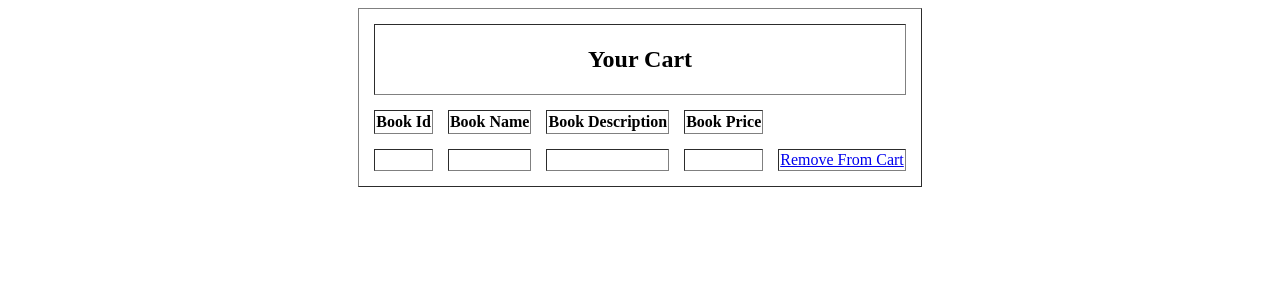
Repository: Rccalfa123/OnlineShopingCart
Page: http://localhost/OnlineBookShopping_Servlet-JSP/Cart.jsp
An editor plug-in stored every save of this project. The page is shown before and after the next save, followed by the edit.
The browser window is 1280 px wide. The pictures show the whole page.
The page is served by Tomcat 9. Other server files are loaded and not shown.

Above is the page before, as saved 2018-08-09 09:18:44.

### OnlineBookShopping_Servlet-JSP/WebContent/Cart.jsp
<%@ page language="java" contentType="text/html; charset=ISO-8859-1"
    pageEncoding="ISO-8859-1"%>
<!DOCTYPE html>
<html>
<head>
<meta charset="ISO-8859-1">
<title>Insert title here</title>
</head>
<body>

 <form action=".app" method="get">

		<div>
			<table cellspacing="15" align = "center" border="dotted" >
				<tr>
					<th colspan="6" height="35"><h2>Your Cart</h2></th>
				</tr>
			  <tr>
					<th height="20">Book Id</th>
					<th height="20">Book Name</th>
					<th height="20">Book Description</th>
					<th height="20">Book Price</th>

				</tr>

			<alfa:forEach var="books"  items="${sessionScope.booksInCart}">
			<tr>
					<td align="center">${books.bookId}</td>
					<td align="center">${books.bookName}</td>
					<td align="center">${books.bookDescription}</td>
					<td align="center">${books.bookPrice}</td>
					<td align="center"  colspan="2"><a href="removenew.app?bookId=${books.bookId}">Remove From Cart</a></td>
			</tr>
			</alfa:forEach>
					</table>
		</div>

	</form>



</body>
</html>

After the next save:
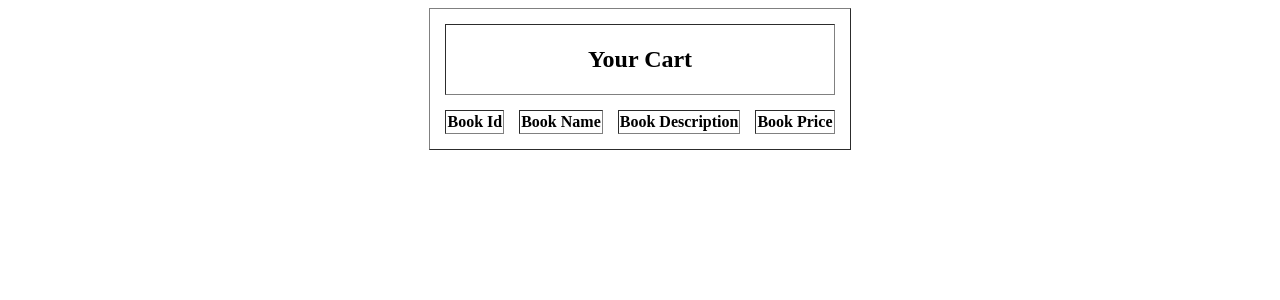
Saved 28 s later.
--- a/OnlineBookShopping_Servlet-JSP/WebContent/Cart.jsp
+++ b/OnlineBookShopping_Servlet-JSP/WebContent/Cart.jsp
@@ -1,5 +1,6 @@
 <%@ page language="java" contentType="text/html; charset=ISO-8859-1"
     pageEncoding="ISO-8859-1"%>
+ <%@taglib prefix="alfa" uri="http://java.sun.com/jsp/jstl/core"%>
 <!DOCTYPE html>
 <html>
 <head>
